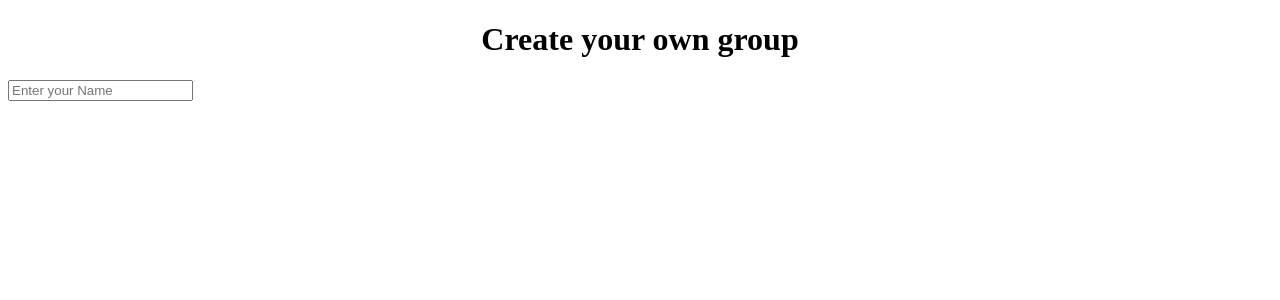
Repository: Abinayasivapraba/Finoculus
Page: LetzChat/WebContent/Group/CreateGroup.html
An editor plug-in stored every save of this project. The page is shown before and after the next save, followed by the edit.
The browser window is 1280 px wide. The pictures show the whole page.

Above is the page before, as saved 2017-08-07 00:59:43.

After the next save:
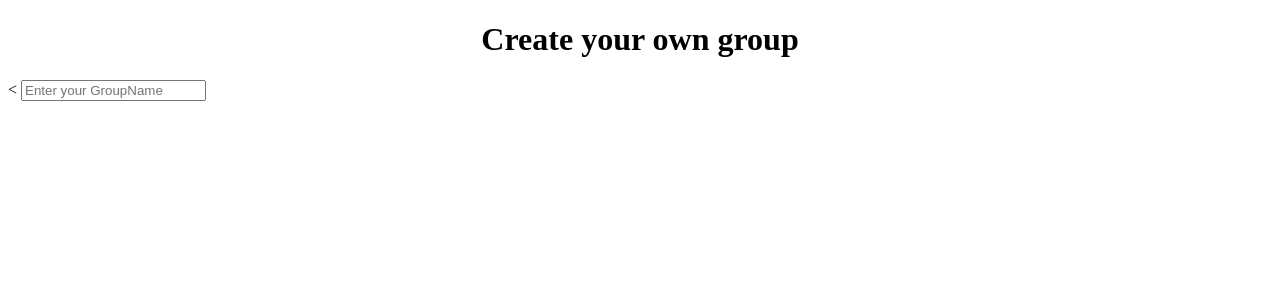
Saved 71 s later.
--- a/LetzChat/WebContent/Group/CreateGroup.html
+++ b/LetzChat/WebContent/Group/CreateGroup.html
@@ -24,8 +24,8 @@
 
 							<div class="cols-sm-4">
 								<div class="input-group">
-									<span class="input-group-addon"><i class="fa fa-users fa" aria-hidden="true"></i></span>
-									<input type="text" class="form-control" name="name" id="name" ng-model="ctrl.user.username"  placeholder="Enter your Name"/>
+									<
+									<input type="text" class="form-control" name="name" id="name" ng-model="ctrl.group.groupname"  placeholder="Enter your GroupName"/>
 								</div>
 							</div>
 						</div>
